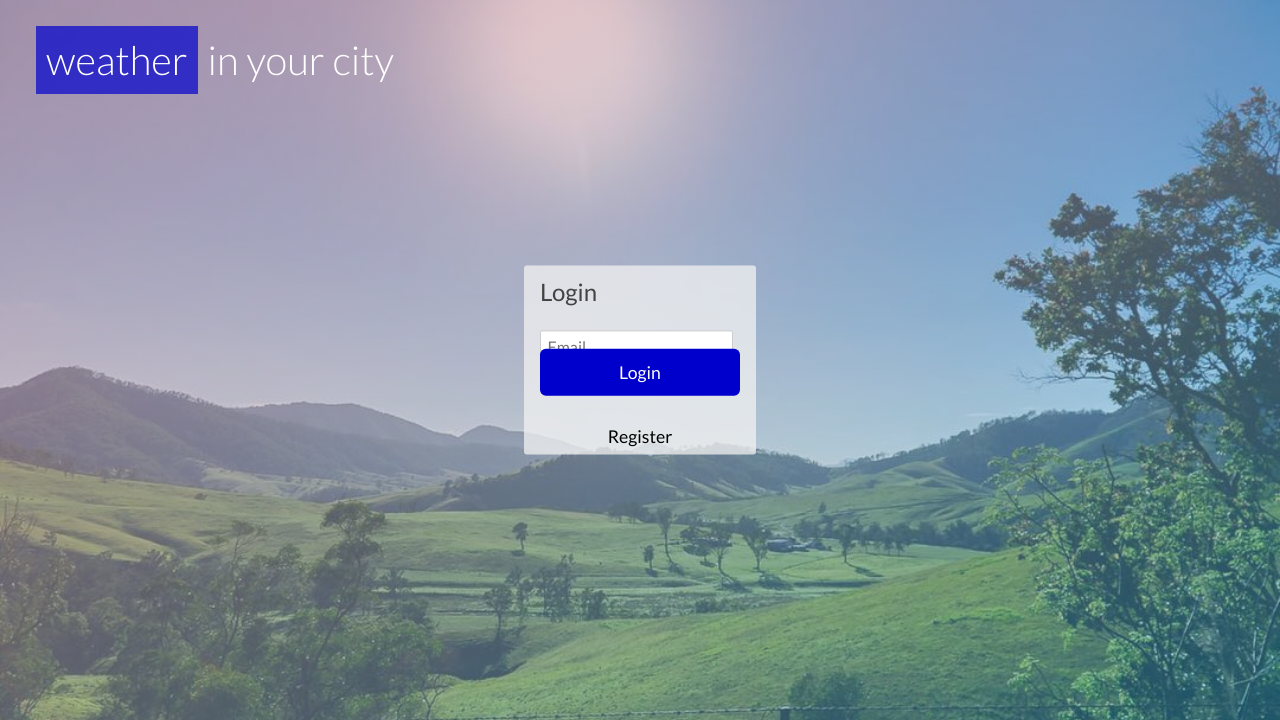
Repository: nosplashurinal/weather-app
Page: /, after clicking the first element matching `button.next`
The author's editor kept a copy of each file at every save. The page is drawn from the files as they stood at one save, then again after the next save.
The browser window is 1280 px wide. The pictures show the whole page.
The project was rebuilt for these pictures with package versions that can differ from the ones it lists, and the page was loaded fresh each time. Also part of the build but not shown: src/components/RecentSearches.vue, src/components/Search.vue, src/components/WeatherDataBlock.vue.

Above is the page before, as saved 2018-12-31 17:48:23.

After the next save:
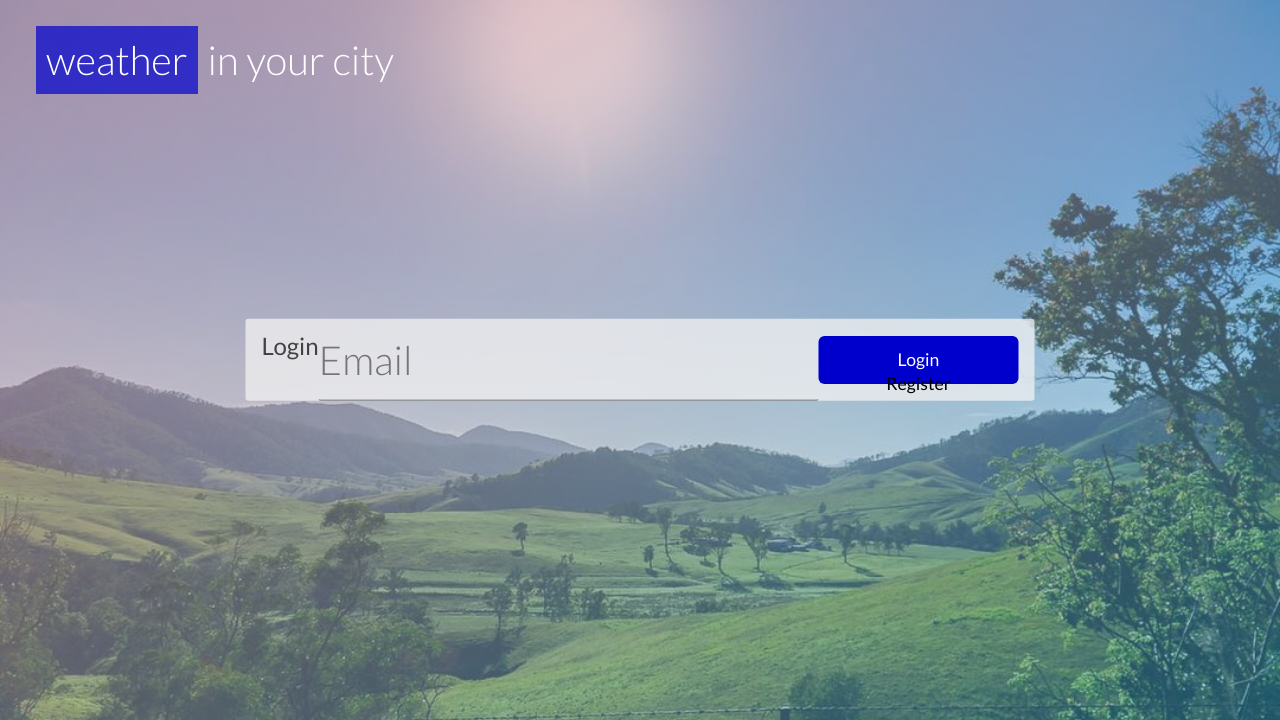
Saved 17 s later.
--- a/src/styles/login.scss
+++ b/src/styles/login.scss
@@ -10,6 +10,7 @@
   font-family: "Lato", sans-serif;
   padding: 0 1em;
   .login-container {
+    display: flex;
     position: relative;
     p {
       color: #434343;
@@ -21,34 +22,34 @@
       width: auto;
     }
     input {
-      // color: #434343;
-      // background: transparent;
-      // border: 0;
-      // display: block;
-      // border-bottom: 1px solid #434343;
-      // font-size: 2.5em;
-      // font-weight: 300;
-      // margin: 0;
-      // width: 500px;
-      // height: auto;
-      // padding: 0;
-      // padding: 0.3em 0;
-      // position: relative;
-      // &:focus {
-      //   background: transparent;
-      //   border: 0;
-      //   border-bottom: 1px solid #434343;
-      //   outline: none;
-      //   box-shadow: none;
-      // }
-      // ::-webkit-input-placeholder {
-      //   /* Chrome/Opera/Safari */
-      //   color: #434343;
-      // }
-      // ::-moz-placeholder {
-      //   /* Firefox 19+ */
-      //   color: #434343;
-      // }
+      color: #434343;
+      background: transparent;
+      border: 0;
+      display: block;
+      border-bottom: 1px solid #434343;
+      font-size: 2.5em;
+      font-weight: 300;
+      margin: 0;
+      width: 500px;
+      height: auto;
+      padding: 0;
+      padding: 0.3em 0;
+      position: relative;
+      &:focus {
+        background: transparent;
+        border: 0;
+        border-bottom: 1px solid #434343;
+        outline: none;
+        box-shadow: none;
+      }
+      ::-webkit-input-placeholder {
+        /* Chrome/Opera/Safari */
+        color: #434343;
+      }
+      ::-moz-placeholder {
+        /* Firefox 19+ */
+        color: #434343;
+      }
     }
     .button-container {
       flex: none;
@@ -56,7 +57,6 @@
       bottom: 0;
       text-align: center;
       font-size: 1.1em;
-      display: block;
       .login {
         background: $blue;
         color: #fff;
